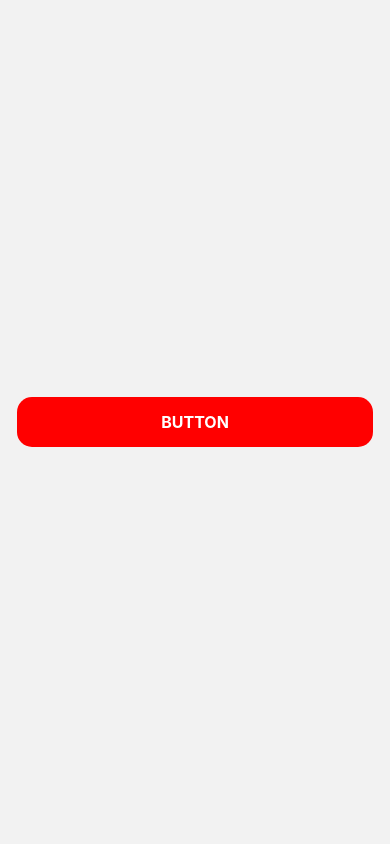
Repository: hungdomanh95/setuptheme
Screen: /
These files come from the project's save history. The screen is drawn as it stood at one moment and after the next save; the edit follows.
The app was drawn by React Native's web renderer in a window 390 px wide. The project was rebuilt for these pictures with package versions that can differ from the ones it lists, and the page was loaded fresh each time. Also part of the build but not shown: src/components/Fade/index.js, src/components/Slide/index.js.

Above is the screen before, as saved 2022-05-17 10:16:18.

After the next save:
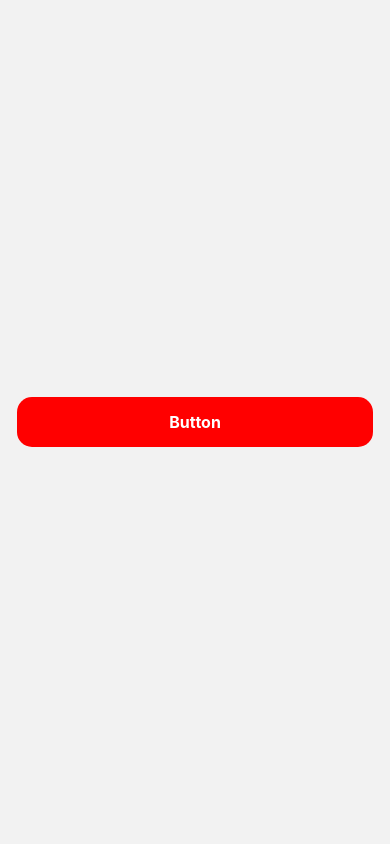
Saved 13 s later.
--- a/src/screens/HomeScreen/index.js
+++ b/src/screens/HomeScreen/index.js
@@ -6,7 +6,7 @@ import { RNButton } from '../../components';
 const HomeScreen = () => {
   return (
     <View style={styles.container}>
-      <RNButton text="BUTTON" />
+      <RNButton text="Button" />
     </View>
   );
 };
